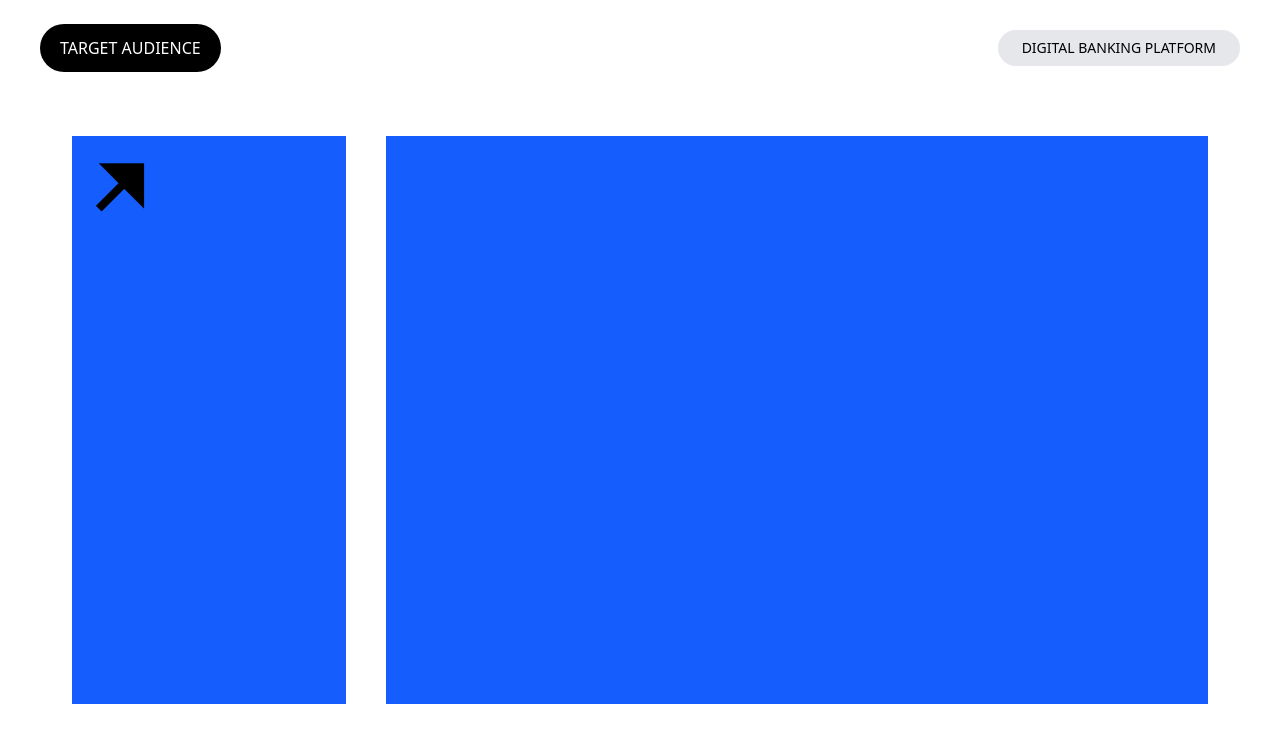
Repository: Mohitkumar1322/ReactTut
Page: / (app in projectSher1/)
An editor plug-in stored every save of this project. The page is shown before and after a run of saves, followed by the edit.
The browser window is 1280 px wide. The pictures show the whole page.
The project was rebuilt for these pictures with package versions that can differ from the ones it lists, and the page was loaded fresh each time. Also part of the build but not shown: projectSher1/vite.config.js.

Above is the page before, as saved 2025-11-16 14:04:10.

After the next 2 saves:
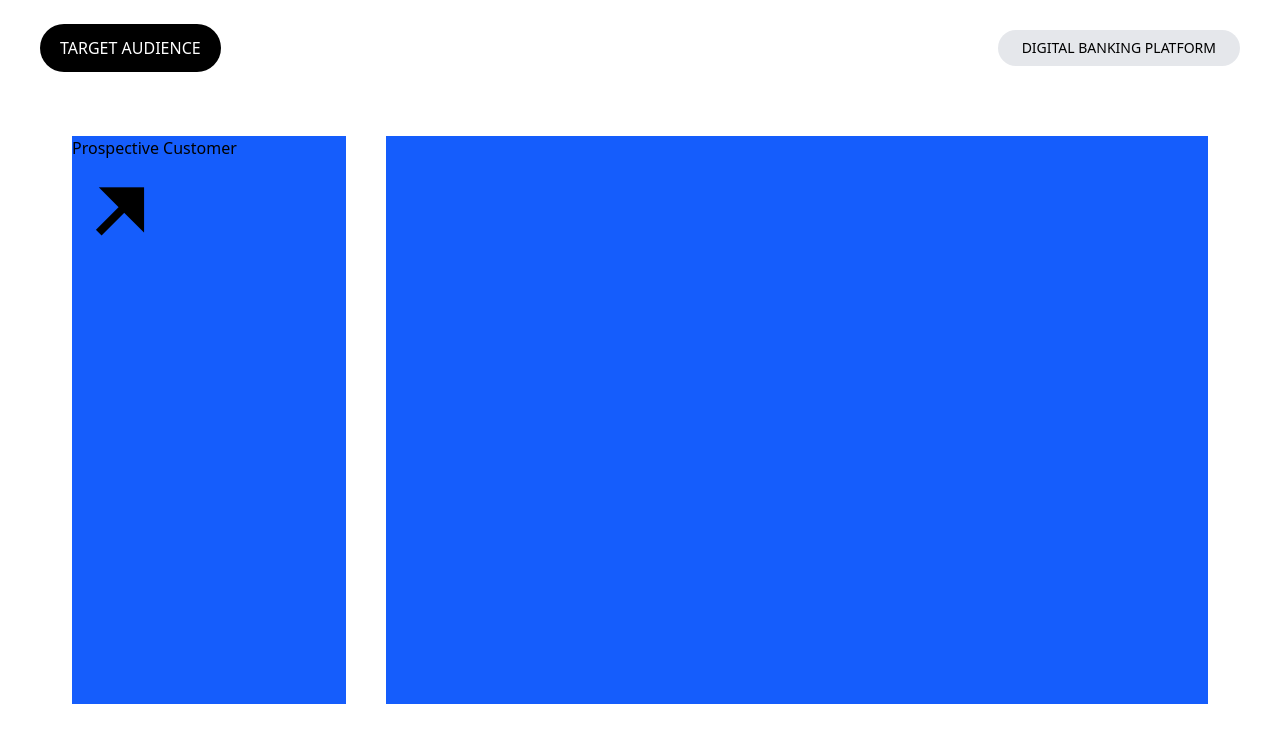
The 2 saves are shown as one change because they came seconds apart.
The last was saved 9 s later.
--- a/projectSher1/src/components/Section1/LeftContent.jsx
+++ b/projectSher1/src/components/Section1/LeftContent.jsx
@@ -5,7 +5,7 @@ const LeftContent = () => {
     <div className='h-full w-1/4 bg-blue-600'>
       <div>
         <h3>
-
+            Prospective Customer
         </h3>
       </div>
       <div className='text-8xl'>
